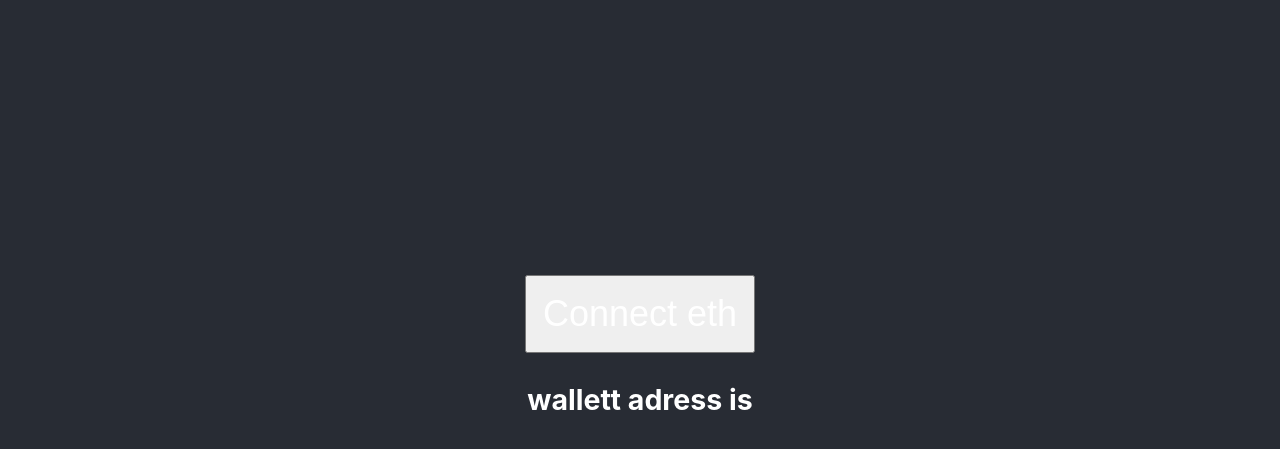
Repository: Hasnainzxc/eth-widget
Page: /
The author's editor kept a copy of each file at every save. The page is drawn from the files as they stood at one save, then again after the next save.
The browser window is 1280 px wide. The pictures show the whole page.
The project was rebuilt for these pictures with package versions that can differ from the ones it lists, and the page was loaded fresh each time.

Above is the page before, as saved 2023-04-26 03:18:53.

### src/App.js
import logo from './logo.svg';
import './App.css';
import { useState } from 'react';
import { ethers } from 'ethers';

function App() {

  //propertties
  const [walletAddress, setWalletAddress] = useState('');
// helper function
//request acess to user Mets MASK WaLLET

  async function requestAccount() {
    console.log('Requesting account ..');

    async function connectWallet() {
      if(typeof window.ethereum !== 'undefined') {
        await requestAccount();

        const provider = new ethers.provider.web3Provider(window.ethereum);
      }
    }


    if (window.ethereum) {
      console.log('detected');

      try {
        const accounts = await window.ethereum.request({ method: 'eth_requestAccounts' });
        setWalletAddress(accounts[0]);
      }
      catch (error) {
        console.log('error', error);
      }
    } else {
      console.log('not detected');
    }
  }

  return (
    <div className="App">
      <header className="App-header">
        <button onClick={requestAccount}>Connect eth</button>
        <h3>wallett adress is {walletAddress}</h3>
      </header>
    </div>
  );
}

export default App;

### src/App.css
.App {
  text-align: center;
}

.App-logo {
  height: 40vmin;
  pointer-events: none;
}

@media (prefers-reduced-motion: no-preference) {
  .App-logo {
    animation: App-logo-spin infinite 20s linear;
  }
}

.App-header {
  background-color: #282c34;
  min-height: 100vh;
  display: flex;
  flex-direction: column;
  align-items: center;
  justify-content: center;
  font-size: calc(10px + 2vmin);
  color: white;
}

.App-link {
  color: #61dafb;
}

@keyframes App-logo-spin {
  from {
    transform: rotate(0deg);
  }
  to {
    transform: rotate(360deg);
  }
}
button {
  font-size: 36px;
  padding: 16px;
  border-radius: red;
  color: white;


}

Loaded but not shown: public/index.html (common file); src/index.js (common file); src/index.css (common file); src/reportWebVitals.js (common file)

After the next save:
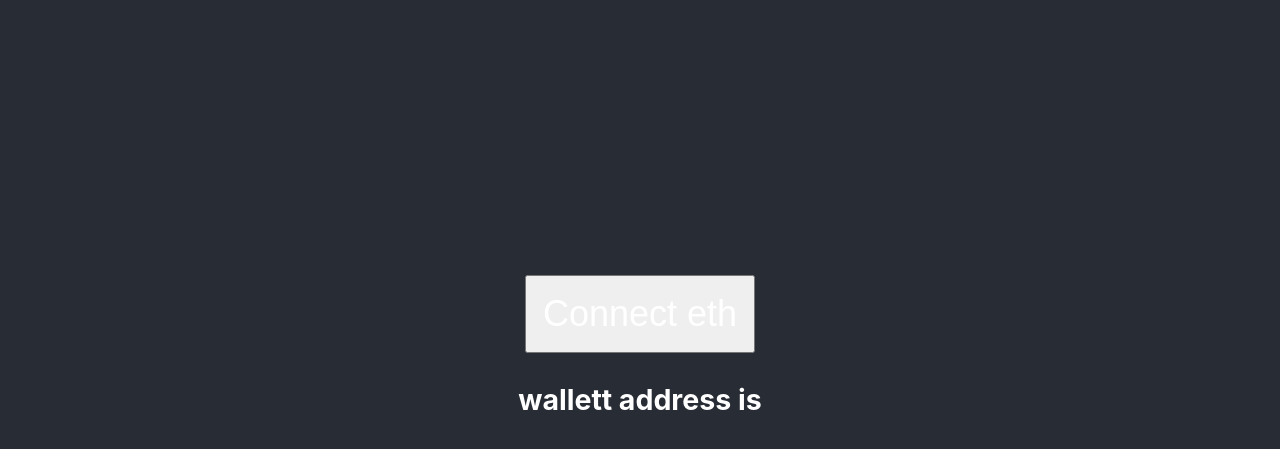
Saved 69 s later.
--- a/src/App.js
+++ b/src/App.js
@@ -5,43 +5,38 @@
 
 function App() {
 
-  //propertties
   const [walletAddress, setWalletAddress] = useState('');
-// helper function
-//request acess to user Mets MASK WaLLET
 
   async function requestAccount() {
-    console.log('Requesting account ..');
+    console.log('Requesting account..');
 
-    async function connectWallet() {
-      if(typeof window.ethereum !== 'undefined') {
-        await requestAccount();
+    try {
+      const accounts = await window.ethereum.request({ method: 'eth_requestAccounts' });
+      setWalletAddress(accounts[0]);
+    } catch (error) {
+      console.log('Error:', error);
+    }
+  }
 
-        const provider = new ethers.provider.web3Provider(window.ethereum);
-      }
-    }
-
-
-    if (window.ethereum) {
-      console.log('detected');
+  async function connectWallet() {
+    if (typeof window.ethereum !== 'undefined') {
+      const provider = new ethers.providers.Web3Provider(window.ethereum);
 
       try {
-        const accounts = await window.ethereum.request({ method: 'eth_requestAccounts' });
-        setWalletAddress(accounts[0]);
-      }
-      catch (error) {
-        console.log('error', error);
+        await requestAccount();
+      } catch (error) {
+        console.log('Error:', error);
       }
     } else {
-      console.log('not detected');
+      console.log('MetaMask not detected.');
     }
   }
 
   return (
     <div className="App">
       <header className="App-header">
-        <button onClick={requestAccount}>Connect eth</button>
-        <h3>wallett adress is {walletAddress}</h3>
+        <button onClick={connectWallet}>Connect eth</button>
+        <h3>wallett address is {walletAddress}</h3>
       </header>
     </div>
   );

After the save that followed:
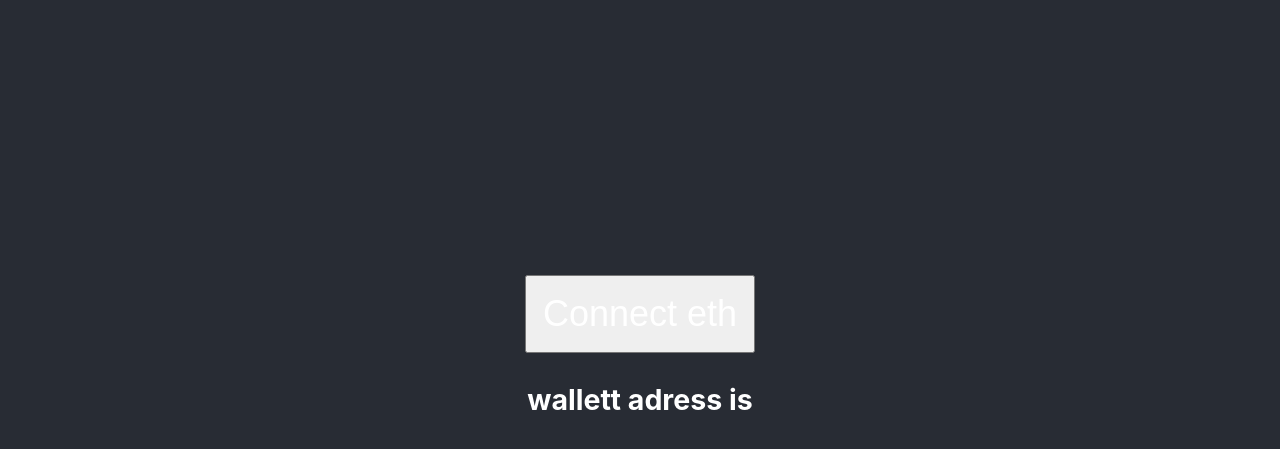
Saved 3 min 10 s later.
--- a/src/App.js
+++ b/src/App.js
@@ -5,38 +5,43 @@
 
 function App() {
 
+  //propertties
   const [walletAddress, setWalletAddress] = useState('');
+// helper function
+//request acess to user Mets MASK WaLLET
 
   async function requestAccount() {
-    console.log('Requesting account..');
+    console.log('Requesting account ..');
 
-    try {
-      const accounts = await window.ethereum.request({ method: 'eth_requestAccounts' });
-      setWalletAddress(accounts[0]);
-    } catch (error) {
-      console.log('Error:', error);
+    async function connectWallet() {
+      if(typeof window.ethereum !== 'undefined') {
+        await requestAccount();
+
+        const provider = new ethers.provider.web3Provider(window.ethereum);
+      }
     }
-  }
 
-  async function connectWallet() {
-    if (typeof window.ethereum !== 'undefined') {
-      const provider = new ethers.providers.Web3Provider(window.ethereum);
+
+    if (window.ethereum) {
+      console.log('detected');
 
       try {
-        await requestAccount();
-      } catch (error) {
-        console.log('Error:', error);
+        const accounts = await window.ethereum.request({ method: 'eth_requestAccounts' });
+        setWalletAddress(accounts[0]);
+      }
+      catch (error) {
+        console.log('error', error);
       }
     } else {
-      console.log('MetaMask not detected.');
+      console.log('not detected');
     }
   }
 
   return (
     <div className="App">
       <header className="App-header">
-        <button onClick={connectWallet}>Connect eth</button>
-        <h3>wallett address is {walletAddress}</h3>
+        <button onClick={requestAccount}>Connect eth</button>
+        <h3>wallett adress is {walletAddress}</h3>
       </header>
     </div>
   );
